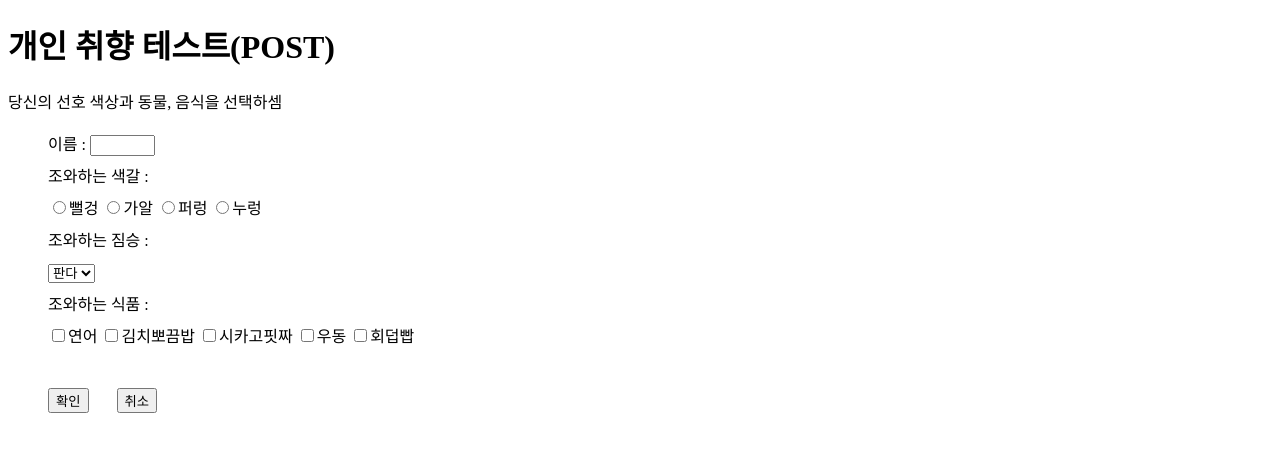
Repository: steeveelee2/WEB_Study
Page: webWorkspace/servlet2Project/web/views/testPerson3.html
These files come from the project's save history. The page is drawn as it stood at one moment and after the next save; the edit follows.
The browser window is 1280 px wide. The pictures show the whole page.

Above is the page before, as saved 2018-10-11 04:41:43.

### webWorkspace/servlet2Project/web/views/testPerson3.html
<!DOCTYPE html>
<html>
<head>
<meta charset="UTF-8">
<title>개인 취향 테스트(POST)</title>
</head>
<body>
	<h1>개인 취향 테스트(POST)</h1>
	<p>당신의 선호 색상과 동물, 음식을 선택하셈</p>

	<form action="/sp2/testPerson2.biz" method="post">
		<ul style="list-style:none; line-height:200%;">
			<li>이름 : <input type="text" name="name" size="5"/></li>
			<li>조와하는 색갈 : <br>
				<input type="radio" name="color" id="red" value="빨강"/>뻘겅
				<input type="radio" name="color" id="brown" value="가알"/>가알
				<input type="radio" name="color" id="blue" value="파랑"/>퍼렁
				<input type="radio" name="color" id="yellow" value="노랑"/>누렁
			</li>
			<li>조와하는 짐승 : <br>
				<select name="animal">
					<option value="판다">판다</option>
					<option value="껄룩">껄룩</option>
					<option value="맹금">맹금</option>
					<option value="댕댕">댕댕</option>
				</select>
			</li>
			<li>조와하는 식품 : <br>
				<input type="checkbox" name="food" id="food1" value="연어"/>연어
				<input type="checkbox" name="food" id="food2" value="김치뽀끔밥"/>김치뽀끔밥
				<input type="checkbox" name="food" id="food3" value="시카고핏짜"/>시카고핏짜
				<input type="checkbox" name="food" id="food4" value="우동"/>우동
				<input type="checkbox" name="food" id="food5" value="회덥빱"/>회덥빱
			</li>
			<li>
				<br>
				<input type="submit" value="확인"/> &nbsp;&nbsp;&nbsp;&nbsp;&nbsp;
				<input type="reset" value="취소"/>
			</li>
		</ul>
	</form>
</body>
</html>

After the next save:
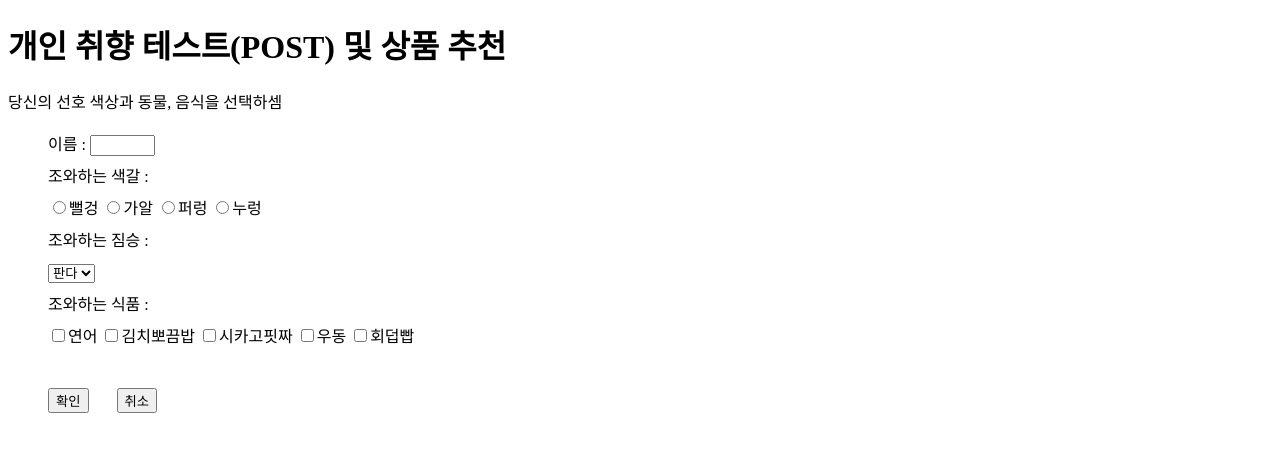
Saved 59 s later.
--- a/webWorkspace/servlet2Project/web/views/testPerson3.html
+++ b/webWorkspace/servlet2Project/web/views/testPerson3.html
@@ -2,13 +2,13 @@
 <html>
 <head>
 <meta charset="UTF-8">
-<title>개인 취향 테스트(POST)</title>
+<title>개인 취향 테스트(POST) 및 상품 추천</title>
 </head>
 <body>
-	<h1>개인 취향 테스트(POST)</h1>
+	<h1>개인 취향 테스트(POST) 및 상품 추천</h1>
 	<p>당신의 선호 색상과 동물, 음식을 선택하셈</p>
 
-	<form action="/sp2/testPerson2.biz" method="post">
+	<form action="/sp2/testPerson3.biz" method="post">
 		<ul style="list-style:none; line-height:200%;">
 			<li>이름 : <input type="text" name="name" size="5"/></li>
 			<li>조와하는 색갈 : <br>
